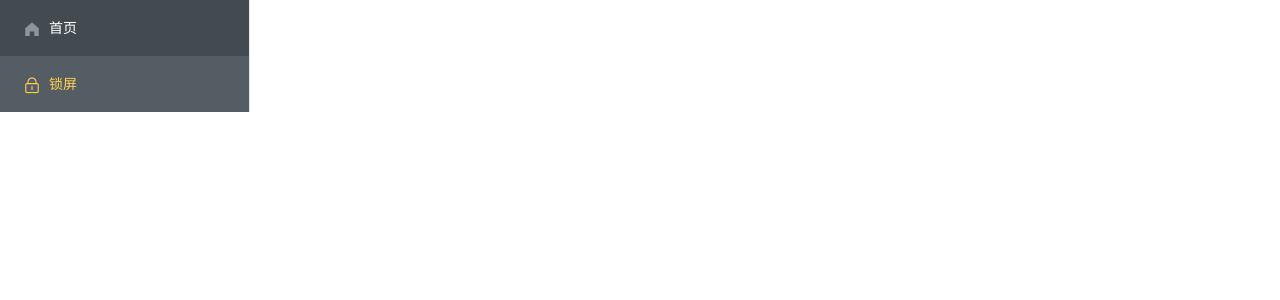
Repository: wujingwenwu/-vue-2.0
Page: /lockScreen
The author's editor kept a copy of each file at every save. The page is drawn from the files as they stood at one save, then again after the next save.
The browser window is 1280 px wide. The pictures show the whole page.
The project was rebuilt for these pictures with package versions that can differ from the ones it lists, and the page was loaded fresh each time. Also part of the build but not shown: src/views/Home.vue.

Above is the page before, as saved 2020-09-29 17:57:55.

After the next save:
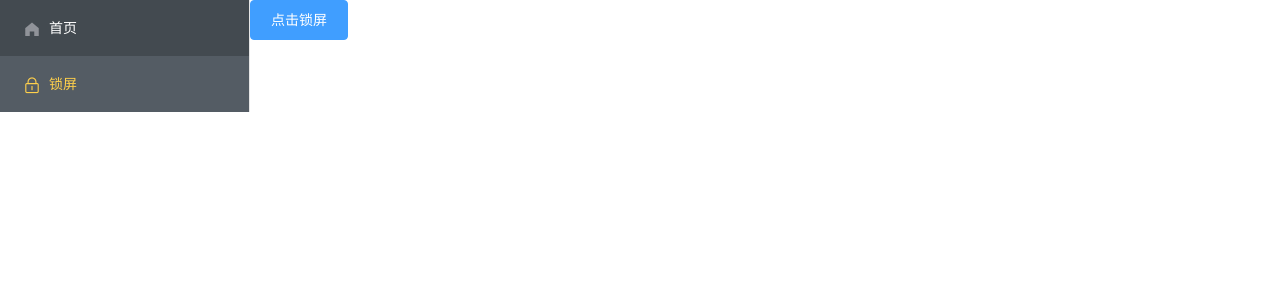
Saved 56 s later.
--- a/src/components/w-lockScreen/w-lockScreen.vue
+++ b/src/components/w-lockScreen/w-lockScreen.vue
@@ -1,6 +1,6 @@
 <template>
  <div>
-
+<el-button type="primary" >点击锁屏</el-button>
  <el-dialog
   title="提示"
   :visible.sync="dialogVisible"
